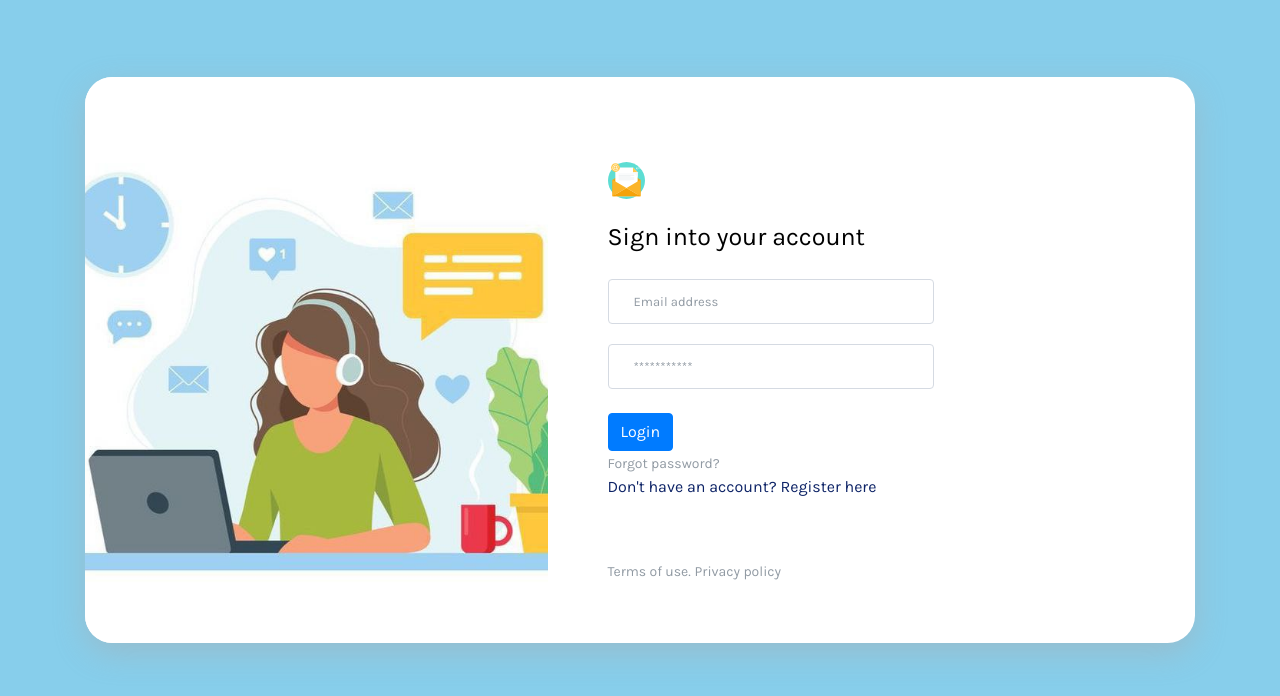
Repository: sara55m/Login
Page: http://localhost/login
An editor plug-in stored every save of this project. The page is shown before and after the next save, followed by the edit.
The browser window is 1280 px wide. The pictures show the whole page.
Some web libraries are served in a nearby version. The page is served by the project's Laravel application, run on PHP 8.4 with Laravel 10. Other server files are loaded and not shown.

Above is the page before, as saved 2024-03-18 08:20:14.

### routes/web.php
<?php

use Illuminate\Support\Facades\Route;
use App\Http\Controllers\RegisterController;
use App\Http\Controllers\LoginController;

/*
|--------------------------------------------------------------------------
| Web Routes
|--------------------------------------------------------------------------
|
| Here is where you can register web routes for your application. These
| routes are loaded by the RouteServiceProvider and all of them will
| be assigned to the "web" middleware group. Make something great!
|
*/

Route::get('/welcome', function () {
    return view('welcome');
});


Route::get('/register', [RegisterController::class,'create']);


Route::post('/register/store', [RegisterController::class,'store']);

Route::get('/login', [LoginController::class,'create']);

Route::post('/login/store', [LoginController::class,'store']);

### app/Http/Controllers/LoginController.php
<?php

namespace App\Http\Controllers;

use Illuminate\Http\Request;
use Illuminate\Support\Facades\Auth;

class LoginController extends Controller
{
    public function create(){
        return view('login');
    }
    public function store(Request $request){
        $input=$request->all();
        $validateData=$request->validate([
            'email'=>'required',
            'password'=>'required'
        ]);
        $user=$request->only('email','password');
        if(Auth::attempt($user)){

            return redirect('welcome');
        }else{
            session()->flash('Error','Wrong Email Or Password');
            return redirect('login');

        }
    }
}

### resources/views/login.blade.php
@extends('layout')
@section('title')
Login Form
@stop
@section('content')
<p class="login-card-description">Sign into your account</p>
              @if($errors->any())
              <div class="alert alert-danger">
                <ul>
                  @foreach ($errors->all() as $error )
                  <li>{{$error}}</li>
                  @endforeach
                </ul>
              </div>
              @endif
              @if(session()->has('Error'))
<div class="alert alert-damage alert-dismissible fade show" role="alert">
	<strong>{{session()->get('Error')}}</strong>
	<button type="button" class="close" data-dismiss="alert" aria-label="Close">
		<span aria-hidden="true">&times;</span>
	</button>
</div>
@endif
<form action="/login/store" method="post">
  @csrf
    <div class="form-group">
      <label for="email" class="sr-only">Email</label>
      <input type="email" name="email" id="email" class="form-control" placeholder="Email address">
    </div>
    <div class="form-group mb-4">
      <label for="password" class="sr-only">Password</label>
      <input type="password" name="password" id="password" class="form-control" placeholder="***********">
    </div>
    <button type="submit" class="btn btn-primary" name="login">Login</button>
  </form>
  <a href="#!" class="forgot-password-link">Forgot password?</a>
  <p class="login-card-footer-text">Don't have an account? <a href="/register" class="text-reset">Register here</a></p>
  <nav class="login-card-footer-nav">
    <a href="#!">Terms of use.</a>
    <a href="#!">Privacy policy</a>
  </nav>
  @endsection

### resources/views/layout.blade.php
<!DOCTYPE html>
<html lang="en">
<head>
  <meta charset="UTF-8">
  <meta name="viewport" content="width=device-width, initial-scale=1.0">
  <meta http-equiv="X-UA-Compatible" content="ie=edge">
  <title>@yield('title')</title>
  <link href="https://fonts.googleapis.com/css?family=Karla:400,700&display=swap" rel="stylesheet">
  <link rel="stylesheet" href="https://cdn.materialdesignicons.com/4.8.95/css/materialdesignicons.min.css">
  <link rel="stylesheet" href="https://stackpath.bootstrapcdn.com/bootstrap/4.4.1/css/bootstrap.min.css">
  <link rel="stylesheet" href="assets/css/login.css">
</head>
<body>
    <main class="d-flex align-items-center min-vh-100 py-3 py-md-0">
        <div class="container">
          <div class="card login-card">
            <div class="row no-gutters">
              <div class="col-md-5">
                <img src="assets/images/login2.jpg" alt="login" class="login-card-img">
              </div>
              <div class="col-md-7">
                <div class="card-body">
                  <div class="brand-wrapper">
                    <img src="assets/images/email.svg" alt="logo" class="logo">
                  </div>
                  @yield('content')

                </div>
            </div>
          </div>
        </div>
      </div>
    </main>
      </body>
  </html>

### public/assets/css/login.css
body {
  font-family: "Karla", sans-serif;
  background-color: skyblue;
  min-height: 100vh; }

.brand-wrapper {
  margin-bottom: 19px; }
  .brand-wrapper .logo {
    height: 37px; }

.login-card {
  border: 0;
  border-radius: 27.5px;
  box-shadow: 0 10px 30px 0 rgba(172, 168, 168, 0.43);
  overflow: hidden; }
  .login-card-img {
    border-radius: 0;
    position: absolute;
    width: 100%;
    height: 100%;
    -o-object-fit: cover;
       object-fit: cover; }
  .login-card .card-body {
    padding: 85px 60px 60px; }
    @media (max-width: 422px) {
      .login-card .card-body {
        padding: 35px 24px; } }
  .login-card-description {
    font-size: 25px;
    color: #000;
    font-weight: normal;
    margin-bottom: 23px; }
  .login-card form {
    max-width: 326px; }
  .login-card .form-control {
    border: 1px solid #d5dae2;
    padding: 15px 25px;
    margin-bottom: 20px;
    min-height: 45px;
    font-size: 13px;
    line-height: 15;
    font-weight: normal; }
    .login-card .form-control::-webkit-input-placeholder {
      color: #919aa3; }
    .login-card .form-control::-moz-placeholder {
      color: #919aa3; }
    .login-card .form-control:-ms-input-placeholder {
      color: #919aa3; }
    .login-card .form-control::-ms-input-placeholder {
      color: #919aa3; }
    .login-card .form-control::placeholder {
      color: #919aa3; }
  .login-card .login-btn {
    padding: 13px 20px 12px;
    background-color: #000;
    border-radius: 4px;
    font-size: 17px;
    font-weight: bold;
    line-height: 20px;
    color: #fff;
    margin-bottom: 24px; }
    .login-card .login-btn:hover {
      border: 1px solid #000;
      background-color: transparent;
      color: #000; }
  .login-card .forgot-password-link {
    font-size: 14px;
    color: #919aa3;
    margin-bottom: 12px; }
  .login-card-footer-text {
    font-size: 16px;
    color: #0d2366;
    margin-bottom: 60px; }
    @media (max-width: 767px) {
      .login-card-footer-text {
        margin-bottom: 24px; } }
  .login-card-footer-nav a {
    font-size: 14px;
    color: #919aa3; }

/*# sourceMappingURL=login.css.map */

### public/assets/images/email.svg
<?xml version="1.0" encoding="iso-8859-1"?>
<!-- Generator: Adobe Illustrator 19.0.0, SVG Export Plug-In . SVG Version: 6.00 Build 0)  -->
<svg version="1.1" id="Layer_1" xmlns="http://www.w3.org/2000/svg" xmlns:xlink="http://www.w3.org/1999/xlink" x="0px" y="0px"
	 viewBox="0 0 512 512" style="enable-background:new 0 0 512 512;" xml:space="preserve">
<path style="fill:#5DDDD3;" d="M255.999,0C397.385,0,512,114.613,512,256.001C512,397.385,397.385,512,255.999,512
	S0,397.385,0,256.001C0,114.613,114.615,0,255.999,0z"/>
<g>
	<path style="fill:#F5A209;" d="M450.359,244.56H61.643l194.358-114.723L450.359,244.56z"/>
	<path style="fill:#F5A209;" d="M61.641,244.56h388.716v229.45H61.641V244.56z"/>
</g>
<path style="fill:#FFFFFF;" d="M101.578,77.635h244.43l64.413,64.413v331.965H101.578V77.637V77.635z"/>
<path style="fill:#ECF0F1;" d="M148.146,162.641h215.701v4.864H148.146V162.641z M148.146,215.039L148.146,215.039h215.701v4.868
	H148.146V215.039z M148.146,224.064L148.146,224.064h215.701v4.866H148.146V224.064z M148.146,233.088L148.146,233.088h215.701
	v4.864H148.146V233.088z M148.146,242.113L148.146,242.113h215.712v4.864H148.146V242.113z M148.146,171.665L148.146,171.665
	h215.701v4.866H148.146V171.665z M148.146,180.69L148.146,180.69h215.701v4.866H148.146V180.69z M148.146,189.714L148.146,189.714
	h215.712v4.864H148.146V189.714z M148.144,198.739L148.144,198.739h165.225v4.864H148.144V198.739z M148.144,251.139
	L148.144,251.139h165.225v4.866H148.144V251.139z"/>
<path style="fill:#FFCA4F;" d="M346.01,77.635v64.413h64.413L346.01,77.635z"/>
<path style="fill:#B3B3B3;" d="M218.214,426.22h73.188v7.15h-73.188V426.22z"/>
<g>
	<path style="fill:#FBB429;" d="M61.641,244.56l194.358,114.723L61.641,474.01V244.56z"/>
	<path style="fill:#FBB429;" d="M450.359,244.56L256.001,359.283L450.359,474.01V244.56z"/>
</g>
<path style="fill:#F5A209;" d="M255.999,359.283L61.641,474.01h388.716L255.999,359.283z"/>
<path style="fill:#F7FAFA;" d="M410.42,206.456v-64.41h-64.41L410.42,206.456z"/>
<path style="fill:#FFCA4F;" d="M103.842,16.605c33.759,0,61.127,27.367,61.127,61.127s-27.369,61.127-61.127,61.127
	c-33.761,0-61.127-27.369-61.127-61.127C42.715,43.971,70.083,16.605,103.842,16.605z"/>
<g>
	<path style="fill:#FFFFFF;" d="M108.481,93.852c-1.905,2.207-4.039,3.98-6.412,5.318c-2.359,1.336-4.732,1.998-7.106,1.998
		c-2.615,0-5.153-0.765-7.631-2.282c-2.463-1.532-4.46-3.876-6.008-7.047c-1.548-3.168-2.313-6.654-2.313-10.44
		c0-4.67,1.202-9.342,3.59-14.029c2.388-4.67,5.36-8.184,8.908-10.544c3.545-2.344,7-3.515,10.334-3.515
		c2.553,0,4.987,0.659,7.313,1.998c2.315,1.338,4.313,3.38,5.98,6.099l1.548-6.835h7.84l-6.339,29.56
		c-0.889,4.116-1.323,6.383-1.323,6.817c0,0.798,0.3,1.488,0.902,2.059c0.602,0.571,1.336,0.855,2.176,0.855
		c1.561,0,3.605-0.886,6.129-2.674c3.349-2.344,6.008-5.483,7.962-9.432c1.951-3.936,2.926-7.99,2.926-12.182
		c0-4.897-1.261-9.463-3.768-13.699c-2.509-4.249-6.264-7.644-11.251-10.2c-4.97-2.538-10.484-3.814-16.508-3.814
		c-6.879,0-13.172,1.607-18.852,4.807c-5.693,3.215-10.109,7.812-13.231,13.805c-3.142,5.995-4.703,12.42-4.703,19.286
		c0,7.181,1.561,13.355,4.688,18.536c3.138,5.197,7.66,9.027,13.577,11.505c5.918,2.476,12.466,3.709,19.663,3.709
		c7.706,0,14.149-1.29,19.345-3.889c5.197-2.582,9.086-5.739,11.672-9.448h7.929c-1.501,3.08-4.07,6.233-7.704,9.432
		c-3.636,3.199-7.962,5.739-12.978,7.6c-5.018,1.863-11.071,2.794-18.131,2.794c-6.52,0-12.528-0.842-18.025-2.509
		c-5.512-1.667-10.197-4.176-14.074-7.523c-3.876-3.365-6.791-7.228-8.758-11.582c-2.463-5.541-3.695-11.52-3.695-17.934
		c0-7.135,1.473-13.952,4.403-20.426c3.587-7.931,8.681-14.014,15.275-18.236c6.595-4.22,14.585-6.324,23.989-6.324
		c7.285,0,13.833,1.486,19.632,4.46c5.799,2.974,10.38,7.404,13.714,13.293c2.855,5.062,4.282,10.577,4.282,16.523
		c0,8.502-2.99,16.043-8.967,22.635c-5.349,5.92-11.176,8.879-17.513,8.879c-2.031,0-3.651-0.317-4.897-0.933
		c-1.248-0.615-2.161-1.502-2.749-2.659C108.933,96.93,108.664,95.653,108.481,93.852z M87.123,81.954L87.123,81.954
		c0,4.026,0.961,7.148,2.871,9.373c1.905,2.238,4.086,3.349,6.562,3.349c1.638,0,3.365-0.498,5.197-1.473
		c1.817-0.992,3.561-2.447,5.214-4.385c1.665-1.938,3.018-4.401,4.07-7.375c1.065-2.974,1.592-5.962,1.592-8.965
		c0-3.982-0.992-7.091-2.974-9.285c-1.982-2.207-4.403-3.305-7.241-3.305c-1.876,0-3.651,0.481-5.318,1.427
		c-1.654,0.961-3.259,2.494-4.82,4.61c-1.548,2.103-2.809,4.67-3.742,7.706c-0.946,3.018-1.411,5.797-1.411,8.321V81.954z"/>
	<path style="fill:#FFFFFF;" d="M473.318,59.119l18.644,16.812l1.707,1.539l-1.707,1.537l-18.644,16.812l-2.767-3.074l14.638-13.203
		h-68.45v-4.145h68.45l-14.638-13.203l2.767-3.074V59.119z"/>
	<path style="fill:#FFFFFF;" d="M405.645,70.798l-18.642,16.814l-1.707,1.537l1.707,1.539l18.642,16.814l2.767-3.076l-14.638-13.203
		h68.45v-4.143h-68.45l14.638-13.205l-2.767-3.076V70.798z"/>
</g>
<g>
</g>
<g>
</g>
<g>
</g>
<g>
</g>
<g>
</g>
<g>
</g>
<g>
</g>
<g>
</g>
<g>
</g>
<g>
</g>
<g>
</g>
<g>
</g>
<g>
</g>
<g>
</g>
<g>
</g>
</svg>

Loaded but not shown: app/Http/Controllers/Controller.php (common file)

After the next save:
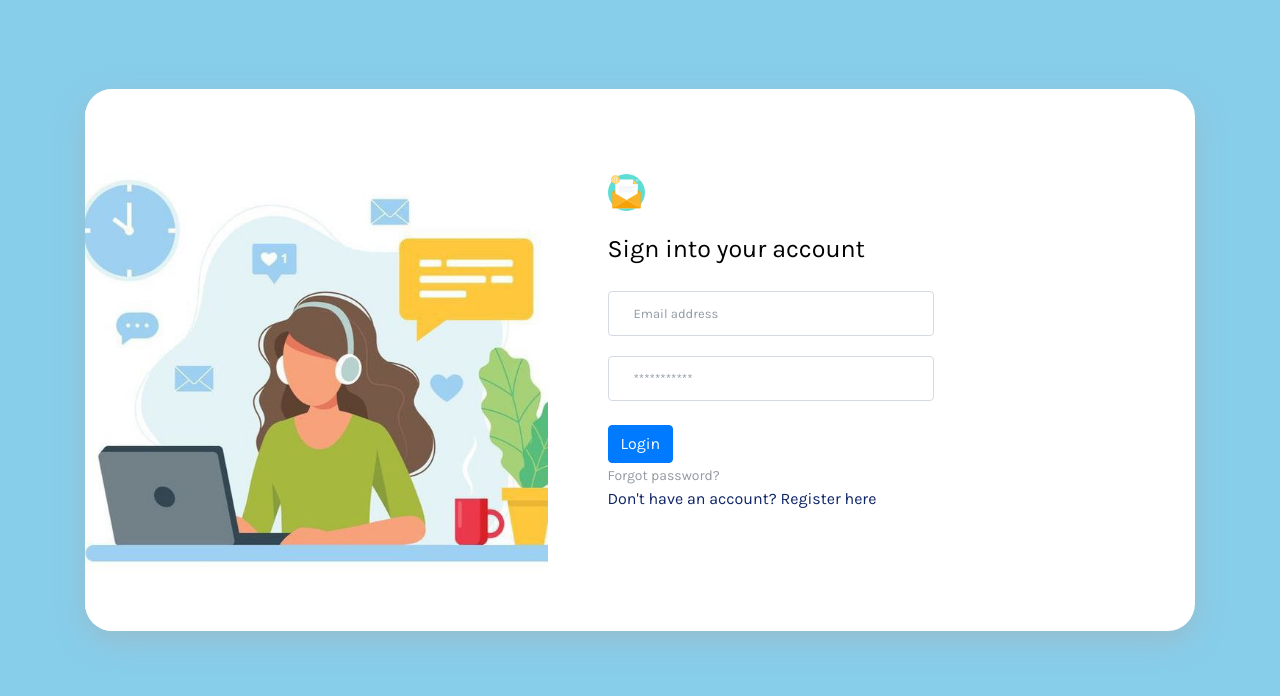
Saved 3 min 11 s later.
--- a/resources/views/login.blade.php
+++ b/resources/views/login.blade.php
@@ -35,8 +35,5 @@ Login Form
   </form>
   <a href="#!" class="forgot-password-link">Forgot password?</a>
   <p class="login-card-footer-text">Don't have an account? <a href="/register" class="text-reset">Register here</a></p>
-  <nav class="login-card-footer-nav">
-    <a href="#!">Terms of use.</a>
-    <a href="#!">Privacy policy</a>
-  </nav>
+
   @endsection
